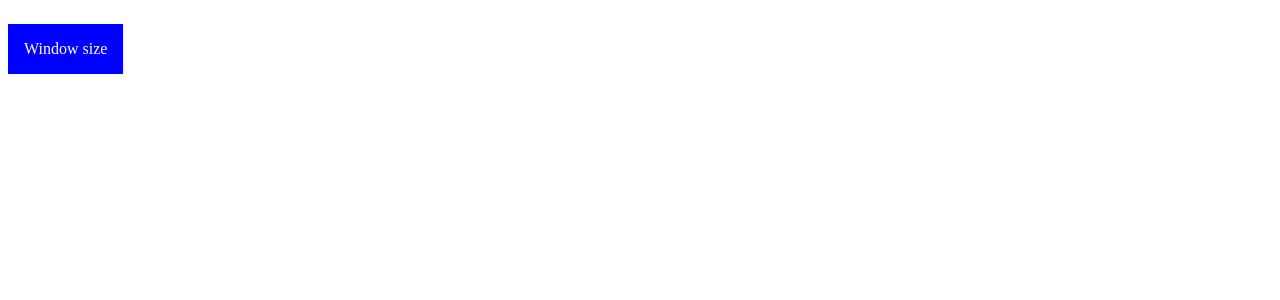
Repository: DongjaJ/Browser
Page: chap1/window_size.html
The author's editor kept a copy of each file at every save. The page is drawn from the files as they stood at one save, then again after the next save.
The browser window is 1280 px wide. The pictures show the whole page.

Above is the page before, as saved 2022-06-29 15:08:08.

### chap1/window_size.html
<!DOCTYPE html>
<html lang="en">
<head>
	<meta charset="UTF-8">
	<meta http-equiv="X-UA-Compatible" content="IE=edge">
	<meta name="viewport" content="width=device-width, initial-scale=1.0">
	<title>Window size</title>
	<style>
		.tag{
			background-color: blue;
			margin-top: 16px;
			padding: 16px;
			display: inline-block;
			color: white;
		}
	</style>
</head>
<body>
	<div class="tag">
		Window size
		<script></script>
	</div>
</body>
</html>

After the next save:
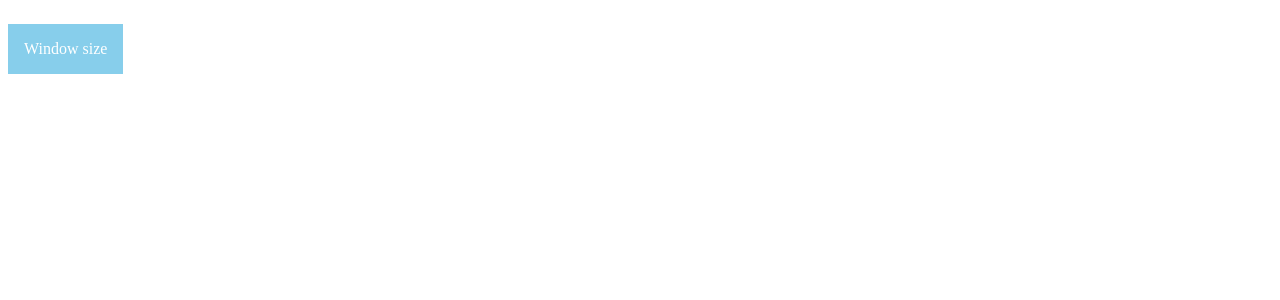
Saved 8 s later.
--- a/chap1/window_size.html
+++ b/chap1/window_size.html
@@ -7,7 +7,7 @@
 	<title>Window size</title>
 	<style>
 		.tag{
-			background-color: blue;
+			background-color: skyblue;
 			margin-top: 16px;
 			padding: 16px;
 			display: inline-block;
